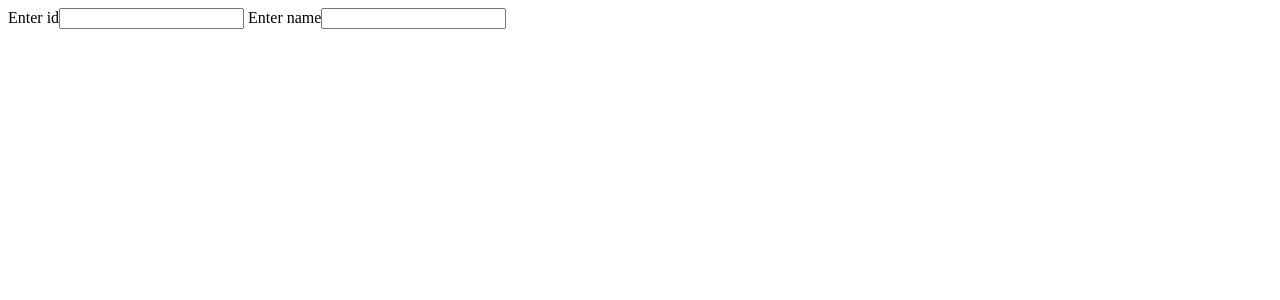
Repository: deevanshu07/Projects
Page: http://localhost/QueueAssignmentClient/
An editor plug-in stored every save of this project. The page is shown before and after the next save, followed by the edit.
The browser window is 1280 px wide. The pictures show the whole page.
The page is served by Tomcat 9.

Above is the page before, as saved 2015-03-22 12:50:45.

After the next save:
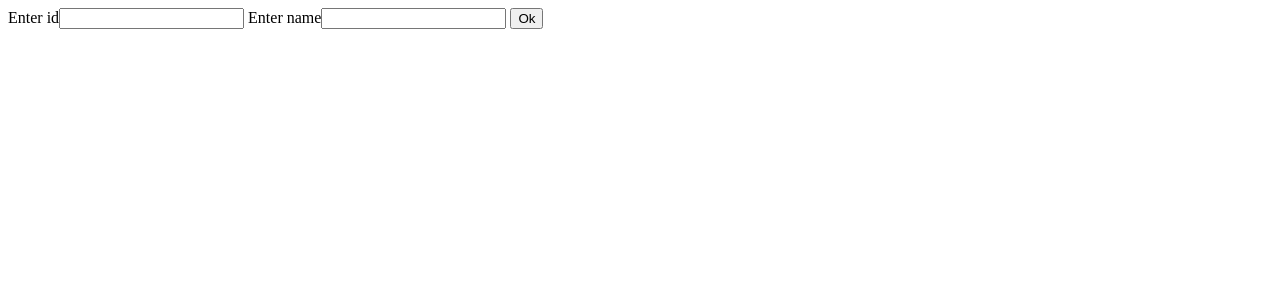
Saved 21 min 51 s later.
--- a/BOOT_CAMP_PROJECTS/Deevanshu1/QueueAssignmentClient/WebContent/index.jsp
+++ b/BOOT_CAMP_PROJECTS/Deevanshu1/QueueAssignmentClient/WebContent/index.jsp
@@ -10,6 +10,7 @@
 <form action="Queueservlet">
 Enter id<input type="text" name="id">
 Enter name<input type="text" name="name">
+<input type="submit" value="Ok">
 </form>
 </body>
 </html>
